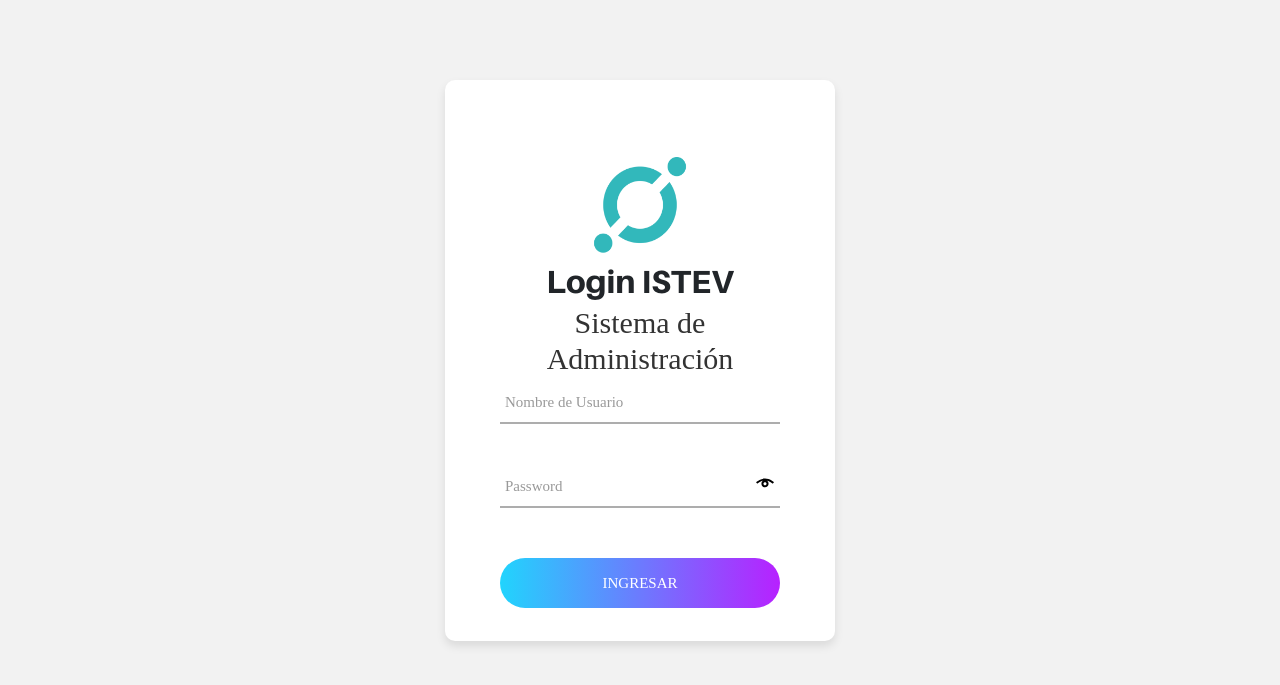
Repository: EvilTeletubby/istev
Page: http://localhost/
The author's editor kept a record of every edit. The page is drawn from the files as they stood at one moment, then again after the next edit.
The browser window is 1280 px wide. The pictures show the whole page.
Some web fonts or font styles are not loaded; a fallback is used. The page is served by the project's Node server (app.js).

Above is the page before.

After the next edit:
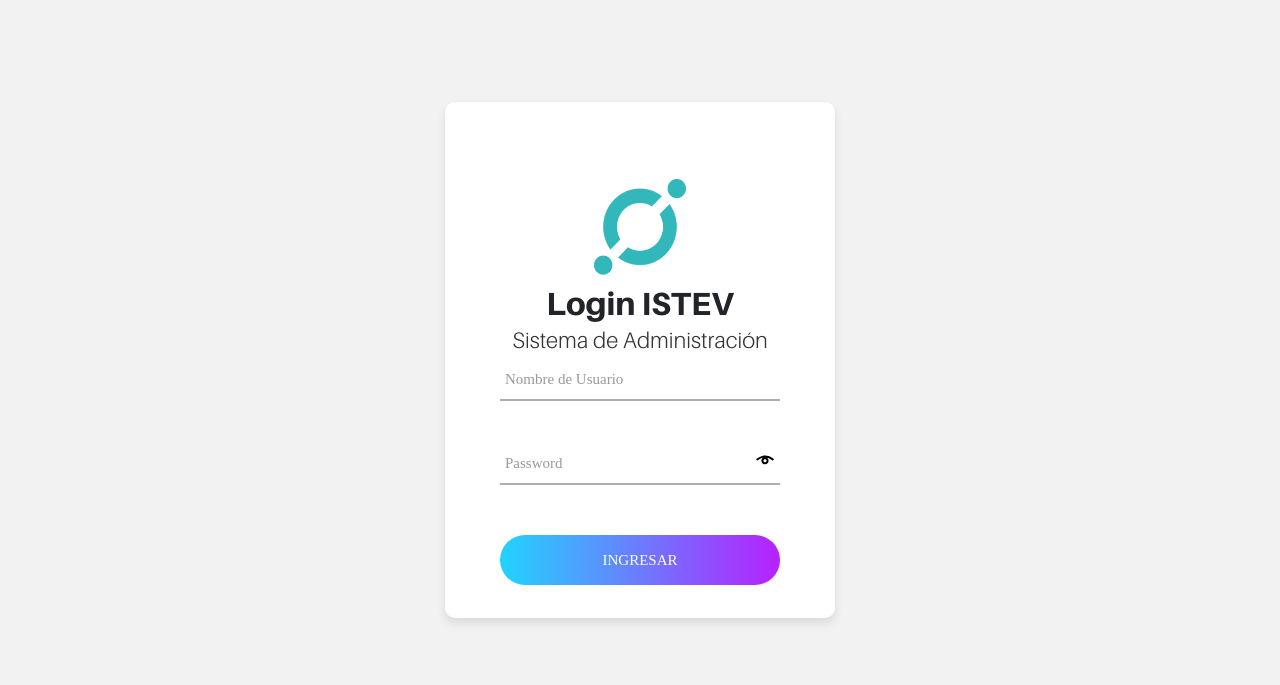
The edit:
--- a/public/css/main.css
+++ b/public/css/main.css
@@ -208,8 +208,8 @@
 
 .login100-form-title {
   display: block;
-  font-family: Poppins-Bold;
-  font-size: 30px;
+  font-family: AileronLight;
+  font-size: 1.4em;
   color: #333333;
   line-height: 1.2;
   text-align: center;
